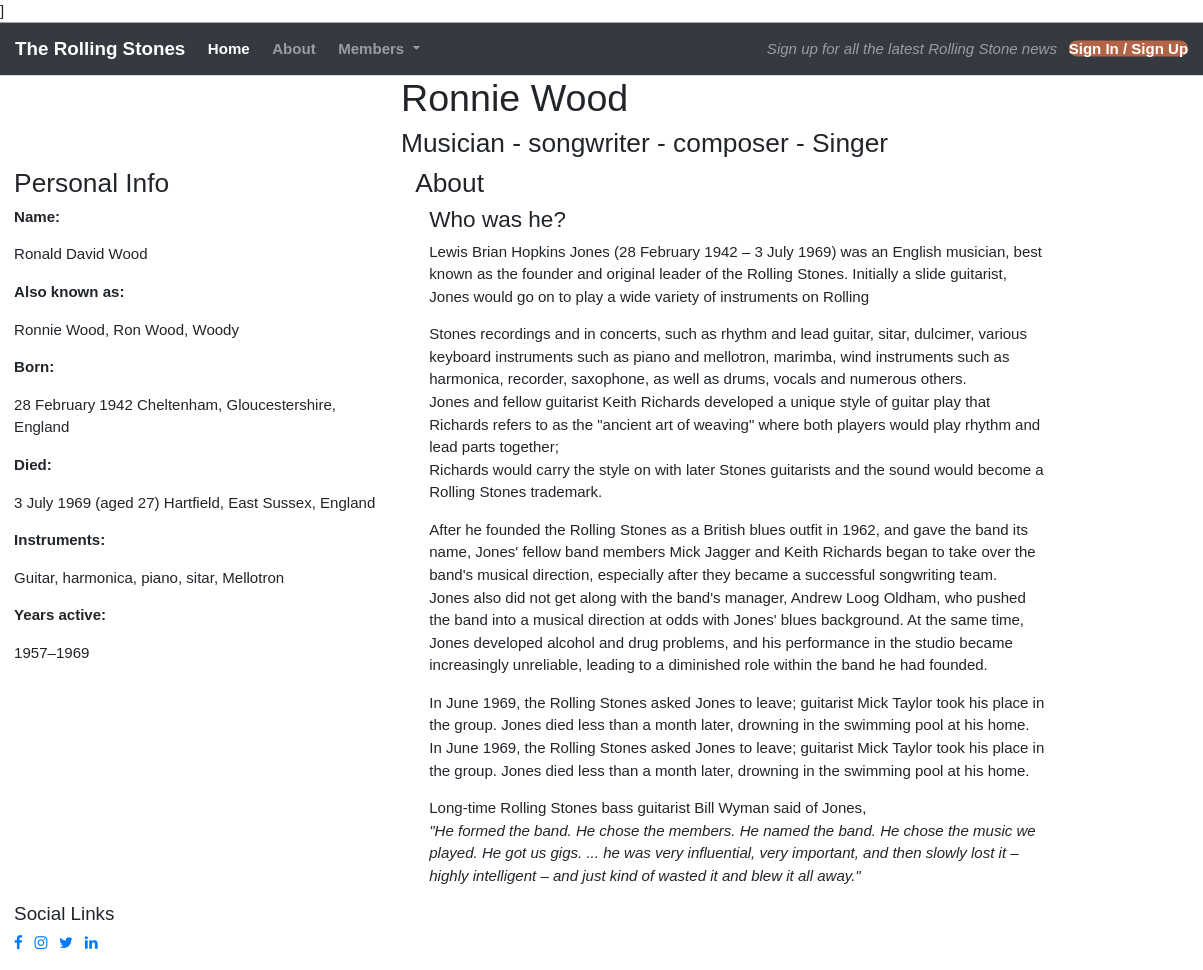
Repository: TecDruid/rolling-stones-fan-site
Page: ronnie-wood.html
The author's editor kept a record of every edit. The page is drawn from the files as they stood at one moment, then again after the next edit.
The browser window is 1280 px wide. The pictures show the whole page, at 94% of full size.
Some web fonts or font styles are not loaded; a fallback is used. Some web libraries are served in a nearby version.

Above is the page before.

### ronnie-wood.html
<!DOCTYPE html>
<html lang="en">

<head>
    <meta charset="utf-8">
    <meta name="viewport" content="width=device-width, initial-scale=1.0">
    <link rel="stylesheet" href="https://maxcdn.bootstrapcdn.com/bootstrap/4.1.3/css/bootstrap.min.css">
    <link rel="stylesheet" href="https://use.fontawesome.com/releases/v5.6.1/css/all.css" integrity="sha384-gfdkjb5BdAXd+lj+gudLWI+BXq4IuLW5IT+brZEZsLFm++aCMlF1V92rMkPaX4PP" crossorigin="anonymous">
    <link rel="stylesheet" href="https://stackpath.bootstrapcdn.com/font-awesome/4.7.0/css/font-awesome.min.css" type="text/css" />
    <link href="https://fonts.googleapis.com/css?family=Stylish" rel="stylesheet">
    <link rel="stylesheet" href="css/style.css" type="text/css" />
    <title>Ronnie Wood</title>
</head>

<body>

    <!----------------------------------------Nav--------------------------------------------->]


    <div class="nav-container"></div>
    <nav class="navbar navbar-dark navbar-expand-sm bg-dark">
        <a href="/" class="navbar-brand">
                    The Rolling Stones</a>

        <button class="navbar-toggler ml-auto" type="button" data-toggle="collapse" data-target="#navbarNavDropdown" aria-controls="navbarNavDropdown" aria-expanded="false" aria-label="Toggle navigation">
        <span class="navbar-toggler-icon"></span></button>

        <div class="collapse navbar-collapse" id="navbarNavDropdown">
            <ul class="navbar-nav mr-auto">
                <li class="active nav-item mr-2"><a class="nav-link" href="/">Home</a></li>
                <li class="nav-item mr-2"><a class="nav-link" href="">About</a></li>
                <li class="nav-item dropdown">
                    <a class="nav-link dropdown-toggle" href="#" id="navbarDropdownMenuLink" role="button" data-toggle="dropdown" aria-haspopup="true" aria-expanded="false">
          Members
        </a>
                    <div class="dropdown-menu" aria-labelledby="navbarDropdownMenuLink">
                        <a class="dropdown-item" href="members/brian-jones.html">Brian Jones</a>
                        <a class="dropdown-item" href="members/mick-jagger.html">Mick Jagger</a>
                        <a class="dropdown-item" href="members/keith-richards.html">Keith Richards</a>
                        <a class="dropdown-item" href="members/bill-wyman.html">Bill Wyman</a>
                        <a class="dropdown-item" href="members/charlie-watts.html">Charlie Watts</a>
                        <a class="dropdown-item" href="members/ronnie-wood.html">Ronnie Wood</a>
                        <a class="dropdown-item" href="members/ian-stewart.html">Ian Stewart</a>
                        <a class="dropdown-item" href="members/mike-taylor.html">Mick Taylor</a>
                    </div>
                </li>

                <li class="nav-item mr-2 d-block d-sm-none"><a class="nav-link" href="">Sign In / Sign Up</a></li>
            </ul>
        </div>
        <div class="d-none d-md-block">
            <p class="navbar-text my-auto mr-2"><i>Sign up for all the latest Rolling Stone news</i></p>
            <a href="/login " class="btn--cta btn--brown">Sign In / Sign Up</a>
        </div>
    </nav>

    <!-- -------------------------- The Header ---------------------------- -->

    <header>
        <div class="row no-gutters">
            <a class="col-md-4 logo" href="index.html"></a>
            <div class="col-md-8">
                <div class="row no-gutters bg-color-name-title">
                    <div class="col heading">
                        <h1 class="name">Ronnie Wood</h1>
                        <h3 class="title"> Musician - songwriter - composer - Singer</h3>
                    </div>
                </div>
            </div>
        </div>
    </header>

    <!-- -------------------------- The Section ---------------------------- -->

    <section class="container-fluid">
        <div class="row">
            <div class="col-md-4 bg-colour-personal-info section-column">
                <div class="row">
                    <div class="col-12">
                        <h3 class="section-heading uppercase">Personal Info</h3>
                    </div>
                </div>
                <div class="personal-info-item">
                    <div class="key">
                        <p class="uppercase">
                            <strong>Name:</strong>
                        </p>
                    </div>
                    <div class="value">
                        <p>
                            Ronald David Wood
                        </p>
                    </div>
                </div>
                <div class="personal-info-item">
                    <div class="key">
                        <p class="uppercase">
                            <strong>Also known as:</strong>
                        </p>
                    </div>
                    <div class="value">
                        <p>
                            Ronnie Wood, Ron Wood, Woody
                        </p>
                    </div>
                </div>
                <div class="personal-info-item">
                    <div class="key">
                        <p class="uppercase">
                            <strong>Born:</strong>
                        </p>
                    </div>
                    <div class="value">
                        <p>
                            28 February 1942 Cheltenham, Gloucestershire, England
                        </p>
                    </div>
                </div>
                <div class="personal-info-item">
                    <div class="key">
                        <p class="uppercase">
                            <strong>Died:</strong>
                        </p>
                    </div>
                    <div class="value">
                        <p>
                            3 July 1969 (aged 27) Hartfield, East Sussex, England
                        </p>
                    </div>
                </div>
                <div class="personal-info-item">
                    <div class="key">
                        <p class="uppercase">
                            <strong>Instruments:</strong>
                        </p>
                    </div>
                    <div class="value">
                        <p>
                            Guitar, harmonica, piano, sitar, Mellotron
                        </p>
                    </div>
                </div>
                <div class="personal-info-item">
                    <div class="key">
                        <p class="uppercase">
                            <strong> Years active:</strong>
                        </p>
                    </div>
                    <div class="value">
                        <p>
                            1957–1969
                        </p>
                    </div>
                </div>
            </div>

            <div class="col-md-8 bg-colour-three-reasons section-column">
                <div class="row">
                    <div class="col">
                        <h3 class="section-heading uppercase">About</h3>
                    </div>
                </div>
                <!-- <div class="row">
                    <div class="col-10 offset-1 offset-sm-0 col-sm-4 col-md-6">
                        <div class="row">
                            <div class="col-2">
                                <i class="three-reasons-icon fa fa-question" aria-hidden="true"></i>
                            </div> -->
                <div class="col-10">
                    <h4 class="three-reasons-heading uppercase">Who was he?</h4>
                    <p>
                        Lewis Brian Hopkins Jones (28 February 1942 – 3 July 1969) was an English musician, best known as the founder and original leader of the Rolling Stones. Initially a slide guitarist, Jones would go on to play a wide variety of instruments on Rolling
                    </p>

                    <p>
                        Stones recordings and in concerts, such as rhythm and lead guitar, sitar, dulcimer, various keyboard instruments such as piano and mellotron, marimba, wind instruments such as harmonica, recorder, saxophone, as well as drums, vocals and numerous others.<br/>                        Jones and fellow guitarist Keith Richards developed a unique style of guitar play that Richards refers to as the "ancient art of weaving" where both players would play rhythm and lead parts together;<br/> Richards would carry the
                        style on with later Stones guitarists and the sound would become a Rolling Stones trademark.
                    </p>
                    <p>
                        After he founded the Rolling Stones as a British blues outfit in 1962, and gave the band its name, Jones' fellow band members Mick Jagger and Keith Richards began to take over the band's musical direction, especially after they became a successful songwriting
                        team.
                        <br/> Jones also did not get along with the band's manager, Andrew Loog Oldham, who pushed the band into a musical direction at odds with Jones' blues background. At the same time, Jones developed alcohol and drug problems, and
                        his performance in the studio became increasingly unreliable, leading to a diminished role within the band he had founded.
                    </p>
                    <p>
                        In June 1969, the Rolling Stones asked Jones to leave; guitarist Mick Taylor took his place in the group. Jones died less than a month later, drowning in the swimming pool at his home. In June 1969, the Rolling Stones asked Jones to leave; guitarist Mick
                        Taylor took his place in the group. Jones died less than a month later, drowning in the swimming pool at his home.
                    </p>
                    <p>Long-time Rolling Stones bass guitarist Bill Wyman said of Jones, <br/><i>"He formed the band. He chose the members. He named the band. He chose the music we played. He got us gigs. ... he was very influential, very important, and then slowly
                        lost it – highly intelligent – and just kind of wasted it and blew it all away."</i>
                    </p>
                </div>
            </div>
        </div>

        </div>
        </div>
        </div>

    </section>

    <!-- -------------------------- The Footer ---------------------------- -->

    <footer class="container-fluid">
        <div id="footer-details" class="row">
            <div class="col-sm-4">
                <h5 class="uppercase general-sub">Social Links</h5>

                <ul class="list-inline social-links">
                    <li class="list-inline-item">
                        <a target="_blank" href="#">
                            <i class="fa fa-facebook" aria-hidden="true"></i>
                            <span class="sr-only">Facebook</span>
                        </a>
                    </li>
                    <li class="list-inline-item">
                        <a target="_blank" href="#">
                            <i class="fa fa-instagram" aria-hidden="true"></i>
                            <span class="sr-only">Instagram</span>
                            </a>
                    </li>

                    <li class="list-inline-item">
                        <a target="_blank" href="#">
                            <i class="fa fa-twitter" aria-hidden="true"></i>
                            <span class="sr-only">Twitter</span>
                            </a>
                    </li>
                    <li class="list-inline-item">
                        <a target="_blank" href="#">
                            <i class="fa fa-linkedin" aria-hidden="true"></i>
                            <span class="sr-only">LinkedIn</span>
                        </a>
                    </li>
                </ul>

            </div>
        </div>
    </footer>
</body>

</html>

### css/style.css
body {
    font-family: 'Stylish', sans-serif;
}

/* Containers */

.nav-container {
    position: absolute;
    top: 0;
    right: 0;
    margin-left: 0;
    margin-right: 0;
    z-index: 1;

}

.navbar .navbar-brand {
    font-weight: bold;
}

.navbar .navbar-nav a {
    font-weight: bold;
}

.navbar-toggler {
    border-width: 0;
}

.alert-warning {
    padding-left: 10;
    padding-right: 0;
    color: #fff;
    background-color: #c9572b;
}

.alert {
    margin-bottom: 0;
    border-width: 0;
    border-radius: 0;
}

.callout-container {
    height: 100vh;

    background: url('../img/the-rolling-stones-bg.jpg') no-repeat bottom right fixed;
    -webkit-background-size: cover;
    -moz-background-size: cover;
    -o-background-size: cover;
    background-size: cover;

    display: flex;
    align-items: center;
    justify-content: center;

    position: relative;
}

.callout2-container {
    height: 100vh;

    background: url('../img/the-rolling-stones-bg2.jpg') no-repeat bottom right fixed;
    -webkit-background-size: cover;
    -moz-background-size: cover;
    -o-background-size: cover;
    background-size: cover;

    display: flex;
    align-items: center;
    justify-content: center;

    position: relative;
}

.opaque-overlay {
    position: absolute;
    top: 0;
    left: 0;
    height: 100%;
    width: 100%;
    background-color: rgba(0, 0, 0, 0.5);
}

.features-container {
    background-color: #c9572b;
}

/* Block dividers */

.block-divider {
    width: 175px;
    height: 5px;
    border: 0;
    background-color: #444;
}

.block-divider--orange {
    background-color: #f88f10;
}

.block-divider--short {
    width: 35px;
}

/* Jumbotron */

.jumbotron {
    background-color: transparent;
}

.jumbotron h1 {
    color: white;
    font-weight: bold;
    margin-bottom: 30px;
    color: white;
}

.jumbotron .lead {
    color: #a7a7a7;
    margin: 25px 0;
}

.jumbotron small {
    font-size: 60%;
    font-style: italic;
    color: #d0d0d0;
}

/* Buttons */

.btn--cta {
    font-weight: bold;
    border-radius: 23px;
    width: 160px;
}

.btn--brown {
    color: white;
    background-color: #b36447;
    border-color: #b36447;
}

.btn--brown:hover,
.btn--brown:active,
.btn--brown:focus,
.btn--brown:active:focus {
    background-color: #df4929;
    border-color: #df4929;
    color: white;
}

After the next edit:
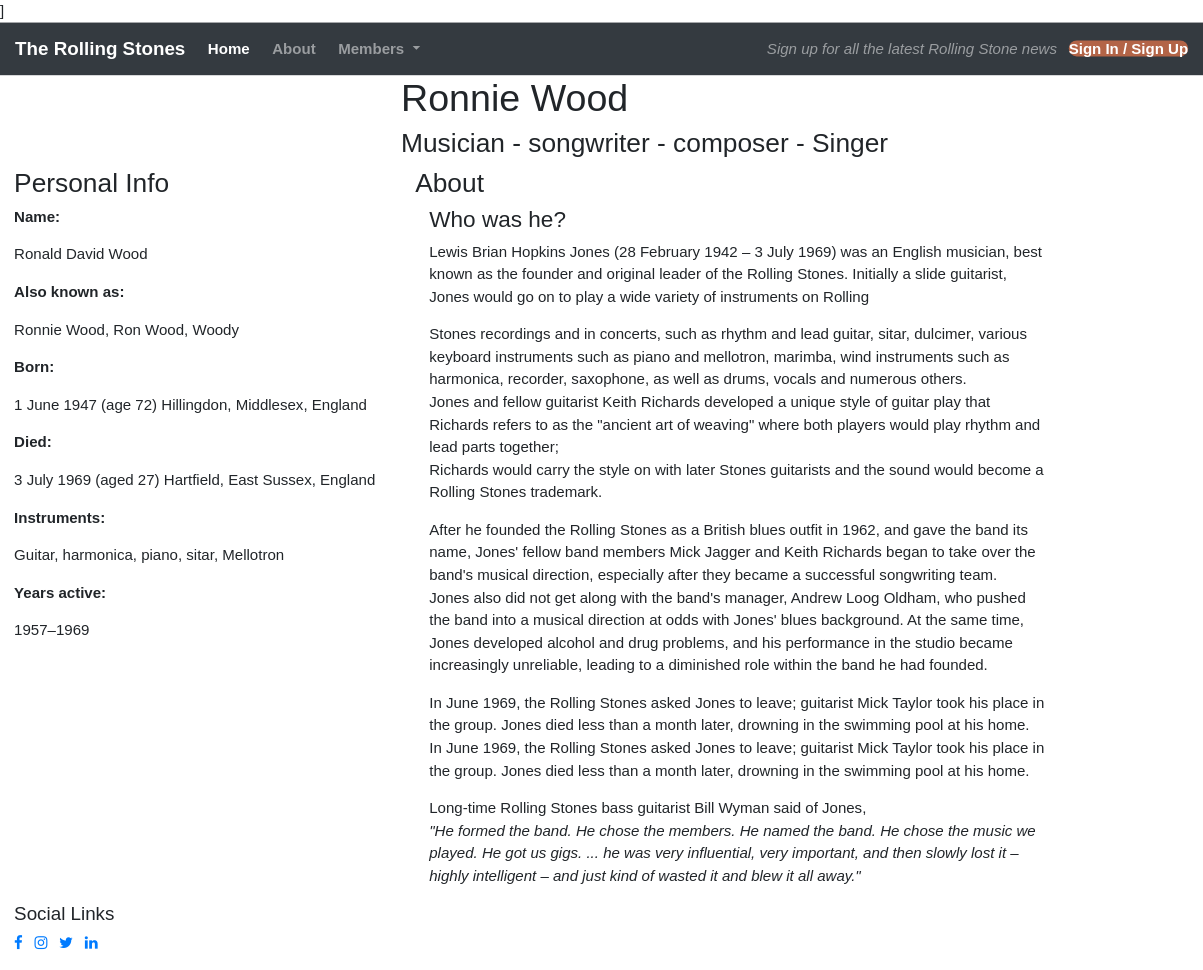
The edit:
--- a/ronnie-wood.html
+++ b/ronnie-wood.html
@@ -112,7 +112,7 @@
                     </div>
                     <div class="value">
                         <p>
-                            28 February 1942 Cheltenham, Gloucestershire, England
+                            1 June 1947 (age 72) Hillingdon, Middlesex, England
                         </p>
                     </div>
                 </div>
